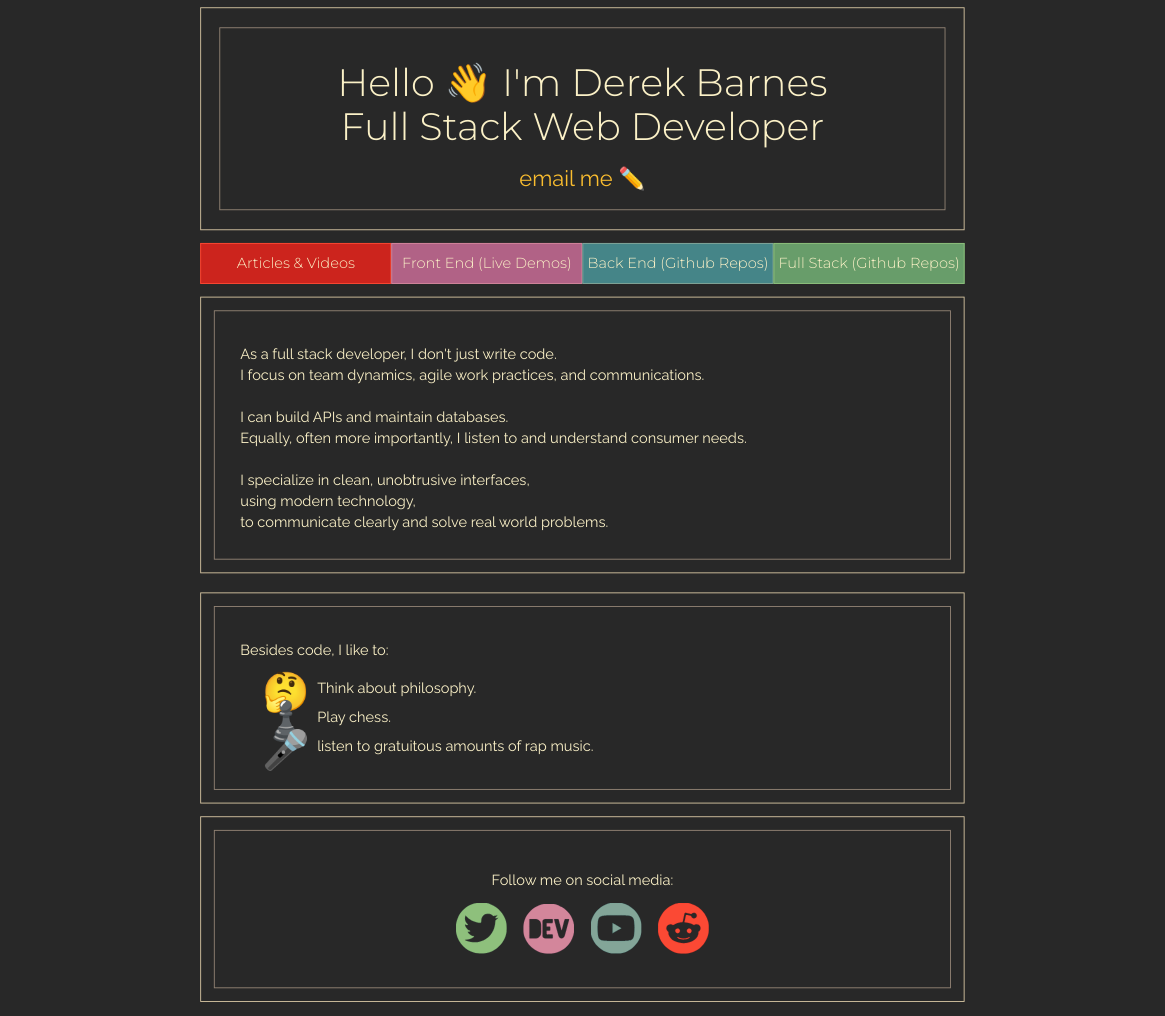
Repository: dsbarnes/groovy-blog
Page: index.html
An editor plug-in stored every save of this project. The page is shown before and after the next save, followed by the edit.
The browser window is 1280 px wide. The pictures show the whole page, at 91% of full size.
The style sheet was rebuilt from its Sass, Less or Tailwind sources for each picture, by a compiler version that may differ from the author's.

Above is the page before, as saved 2020-05-09 20:41:58.
Console error: TypeError: Cannot read properties of null (reading 'addEventListener')

### index.html
<!DOCTYPE html>
<html lang="en">

<head>
    <meta charset="UTF-8">
    <meta name="viewport" content="width=device-width, initial-scale=1.0">
    <link href="https://fonts.googleapis.com/css2?family=Montserrat:wght@300&display=swap" rel="stylesheet">
    <link href="https://fonts.googleapis.com/css2?family=Raleway&display=swap" rel="stylesheet">

    <title>D.S. Barnes</title>

    <link rel="stylesheet" href="./CSS/style.css">
</head>

<body>
    <div class="container">

        <div id='nameCard'>
            <div id="doubleBorder">
                <p>Hello 👋 I'm Derek Barnes</p>
                <p>Full Stack Web Developer</p>
                <br />
                <small><a href='mailto:derekb0147@gmail.com'>email me ✏️</a></small>
                <br />
            </div>
        </div>

        <div id='selections'>
            <p class='nav' data-color='red' id='articles'>Articles & Videos</p>
            <p class='nav' data-color='purple' id='frontend'>Front End (Live Demos)</p>
            <p class='nav' data-color='blue' id='backend'>Back End (Github Repos)</p>
            <p class='nav' data-color='aqua' id='fullstack'>Full Stack (Github Repos)</p>
        </div>

        <!-- <button id="toggle-button">Toggle collapse</button> -->

        <!-- Section one -->
        <div class="content">
            <div class='double-border'>
                <div id='about-section-text'>
                    <p>As a full stack developer, I don't just write code.</p>
                    <p>I focus on team dynamics, agile work practices, and communications.</p>
                    <br />
                    <p>I can build APIs and maintain databases.</p>
                    <p>Equally, often more importantly, I listen to and understand consumer needs.</p>
                    <br />
                    <p>I specialize in clean, unobtrusive interfaces,</p>
                    <p>using modern technology,</p>
                    <p>to communicate clearly and solve real world problems.</p>
                </div>

                <div id='articles-section-text'></div>
                <div id='frontend-section-text'></div>
                <div id='backend-section-text'></div>
                <div id='fullstack-section-text'></div>

            </div>
        </div>


        <!-- Section two -->
        <div class="hobbies collapsible">
            <div class='double-border collapsible'>

                <p>Besides code, I like to:</p>
                <br />

                <p class='xpad'>
                    <span class='bigEmoji'>🤔</span>
                    <span class='emojiText'>Think about philosophy.</span>
                </p>

                <p class='xpad'>
                    <span class='bigEmoji'>♟️</span>
                    <span class='emojiText'>Play chess.</span>
                </p>

                <p class='xpad'>
                    <span class='bigEmoji'>🎤</span>
                    <span class='emojiText'>listen to gratuitous amounts of rap music.</span>
                </p>


            </div>
        </div>


        <!-- Section three -->
        <div class="social-media">
            <div class="double-border">

                <p>Follow me on social media:</p>

                <div id='media-icons'>
                    <img src='../SVG/twitterLogo.svg'><a href='#' id='twitter'></a></img>
                    <img src='../SVG/devLogo.svg'><a href='#' id="devto"></a></img>
                    <img src='../SVG/youtubeLogo.svg'><a href='#' id='youtube'></a></img>
                    <img src='../SVG/redditLogo.svg'><a href='#' id='reddit'></a></img>
                </div>

            </div>
        </div>

    </div><!-- container -->

    <script type=module src="index.js"></script>
</body>

</html>

### index.js
import articles from './components/articles.js'
import repos from './components/repos.js'

import articlesData from './siteData/articles.js'
import backendData from './siteData/backEnd.js'
import frontendData from './siteData/frontEnd.js'
import fullstackData from './siteData/fullStack.js'

document.querySelector('#toggle-button')
    .addEventListener('click',
        function () {
            // Remove the about me section:
            const aboutText = document.getElementById('about-section-text')
            aboutText.style.display = 'none'

            // Add overflow: scroll
            document.querySelector('.section-one')
                .classList.toggle('collapsed')

            // Shrinks and fades out the middle box
            document.querySelector('.section-two.collapsible')
                .classList.toggle('collapsed')

            document.querySelector('.section-three')
                .classList.toggle('collapsed')

            // repopulate what was the about section
            // it is now the section the user clicked
            repos(backendData)




            // document.querySelector('.double-border.collapsible')
            //     .classList.toggle('collapsed')
        });

### components/articles.js
function modules(arr) {
    console.log('modules works')
}

export default modules

### components/repos.js
function repos(arr) {

    const root = document.getElementById('articles-section-text')

    for (const element of arr) {

        const keys = Object.keys(element)

        const container = document.createElement('div')
        const title = document.createElement('h1')
        const repolink = document.createElement('p')
        const demolink = document.createElement('p')
        const description = document.createElement('p')

        title.innerHTML = element['Repo']
        container.appendChild(title)

        repolink.innerHTML = element['RepoLink']
        container.appendChild(repolink)

        demolink.innerHTML = element['DemoLink']
        container.appendChild(demolink)

        description.innerHTML = element['Description']
        container.appendChild(description)


        container.id = 'article'
        root.appendChild(container)

    }
}

export default repos

### siteData/articles.js
const articleData = [
    {
        "Title": "Article Project One",
        "Link": "blah.com",
        "Date": "date-posted",
        "Short": "fjdklsafjdlks;fajsdl;f"
    },
    {
        "Title": "Article Project Two",
        "Link": "blah.com",
        "Date": "date-posted",
        "Short": "fjdklsafjdlks;fajsdl;f"
    },
    {
        "Title": "Article Project Three",
        "Link": "blah.com",
        "Date": "date-posted",
        "Short": "fjdklsafjdlks;fajsdl;f"
    },
    {
        "Title": "Article Project Four",
        "Link": "blah.com",
        "Date": "date-posted",
        "Short": "fjdklsafjdlks;fajsdl;f"
    },
    {
        "Title": "Article Project Five",
        "Link": "blah.com",
        "Date": "date-posted",
        "Short": "fjdklsafjdlks;fajsdl;f"
    }
]

export default articleData

### siteData/backEnd.js
const backendData = [
    {
        "Repo": "Back End Project One",
        "RepoLink": "blah.com",
        "Description": "README.md"
    },
    {
        "Repo": "Back End Project Two",
        "RepoLink": "blah.com",
        "Description": "README.md"
    },
    {
        "Repo": "Back End Project Three",
        "RepoLink": "blah.com",
        "Description": "README.md"
    },
    {
        "Repo": "Back End Project Four",
        "RepoLink": "blah.com",
        "Description": "README.md"
    },
    {
        "Repo": "Back End Project Five",
        "RepoLink": "blah.com",
        "Description": "README.md"
    }
]

export default backendData

### siteData/frontEnd.js
const frontendData = [
    {
        "Repo": "Front End Project One",
        "RepoLink": "blah.com",
        "DemoLink": "demo link",
        "Description": "README.md"
    },
    {
        "Repo": "Front End Project Two",
        "RepoLink": "blah.com",
        "DemoLink": "demo link",
        "Description": "README.md"
    },
    {
        "Repo": "Front End Project Three",
        "RepoLink": "blah.com",
        "DemoLink": "demo link",
        "Description": "README.md"
    },
    {
        "Repo": "Front End Project Four",
        "RepoLink": "blah.com",
        "DemoLink": "demo link",
        "Description": "README.md"
    },
    {
        "Repo": "Front End Project Five",
        "RepoLink": "blah.com",
        "DemoLink": "demo link",
        "Description": "README.md"
    }
]

export default frontendData

### siteData/fullStack.js
const fullstackData = [
    {
        "Repo": "Full Stack Project One",
        "RepoLink": "blah.com",
        "Description": "README.md"
    },
    {
        "Repo": "Full Stack Project Two",
        "RepoLink": "blah.com",
        "Description": "README.md"
    },
    {
        "Repo": "Full Stack Project Three",
        "RepoLink": "blah.com",
        "Description": "README.md"
    },
    {
        "Repo": "Full Stack Project Four",
        "RepoLink": "blah.com",
        "Description": "README.md"
    },
    {
        "Repo": "Full Stack Project Five",
        "RepoLink": "blah.com",
        "Description": "README.md"
    }
]

export default fullstackData

### style.scss
// Main Container:
// Sizings - everything is a multiple of 14!!
$container-width: 840px;
$container-height: 1100px;
$outer-width: $container-width * .8;
$margin-pad-sizing: 14px;


// Gruvbox colors:
$background-color: #282828;
$background-alt-color: #3c3836;
$font-color: #fbf1c7;
$font-alt-color: #ebdbb2;
$outer-border: #d5c4a1;
$inner-border: #928374;
$red-color: #cc241d;
$light-red-color: #fb4934;
$green-color: #98971a;
$light-green-color: #b8bb26;
$yellow-color: #d79921;
$light-yellow-color: #fabd2f;
$blue-color: #458588;
$light-blue-color: #83a598;
$purple-color: #b16286;
$light-purple-color: #d3869b;
$aqua-color: #689d6a;
$light-aqua-color: #8ec07c;


// Font:
$title-font: 'Montserrat', sans-serif;
$body-font: 'Raleway', sans-serif;
$title-font-size: 42px;
$body-font-size: 16px;


//Mixins:
@mixin bg-border($bg-color, $border-color){
  background-color: $bg-color;
  border: 1px solid $border-color;
}
@mixin font-fam-size($fam, $size){
  font-family: $fam;
  font-size: $size;
}
@mixin sectionButton($bg-color, $border-color){
  @include bg-border($bg-color, $border-color);
  @include font-fam-size($title-font, $body-font-size);
  display: inline-block;
  margin: 0 auto;
  //That just looks best as 12, idk.
  padding: 12px 0px;
  text-align: center;
  width: (($container-width / 4));
}

// Keyframes:
@keyframes fade-in{
  from{color: white;}
  to{ color: black;}
}
#article{ animation: fade-in 3s forwards;}


// Overall styling:
* { box-sizing:border-box; }
body{ background-color: $background-color; color: $font-color }

//Everything visible is inside this container:
.container {
  display:flex;
  flex-direction:column;
  justify-content:flex-start;
  width: $container-width;
  margin: 0 auto;
  // we're required to set height explicitly
  height: $container-height;
}


// Name Card
#nameCard{
  border: 1px solid $outer-border;
  padding: $margin-pad-sizing/2;
  text-align: center;
  line-height: $margin-pad-sizing/2;

  small{ @include font-fam-size($body-font, $body-font-size*1.5); }
  a{ text-decoration: none; color: $light-yellow-color }

  #doubleBorder{
      @include bg-border($background-color, $inner-border);
      p{ @include font-fam-size($title-font, $title-font-size);}
      margin: $margin-pad-sizing auto;
      padding: $margin-pad-sizing;
      padding-bottom: $margin-pad-sizing*2;

      // 14px b/c of margin.
      // Why *3? Good question.
      width: ($container-width - 14px*3);
  }
}


// Nav 'buttons'
#selections{
  display: flex;
  justify-content: space-between;
  margin-top: $margin-pad-sizing;
}
#articles{ @include sectionButton($red-color, $light-red-color) }
#frontend{ @include sectionButton($purple-color, $light-purple-color) }
#backend{ @include sectionButton($blue-color, $light-blue-color) }
#fullstack{ @include sectionButton($aqua-color, $light-aqua-color) }

// General double border settings, different from
// name card b/c ...damnit
.double-border{
  border: 1px solid $inner-border;
  // Variables not working in calc()
  // will investigate.
  height: calc(100% - 28px); // $margin-pad-size*2
  width: calc(100% - 28px);  // $margin-pad-size*2
  margin: $margin-pad-sizing auto 0 auto;
  padding: $margin-pad-sizing*2;
}
.double-border.collapsed { border: 0px solid white; }


// This is the section that expands:
.content{
  @include bg-border($background-color, $outer-border);
  @include font-fam-size($body-font, $body-font-size);
  line-height: $margin-pad-sizing/2;
  margin: $margin-pad-sizing 0;
  flex: 3;
  // overflow: hidden;
}
.content.collapsed{
  // overflow: hidden;
  .double-border{ overflow: scroll; }
}
// This section dissapears:
.hobbies {
  // note that we're transitioning flex, not height!
  @include bg-border($background-color, $outer-border);
  @include font-fam-size($body-font, $body-font-size);
  line-height: $margin-pad-sizing/2;
  margin: $margin-pad-sizing/2 0;
  flex: 2;
  .bigEmoji{ font-size: $title-font-size; }
  .xpad{ padding-left: 24px; }
  .emojiText{
      bottom: 14px;
      padding-left: 4px;
      position: relative;
  }
  // overflow:hidden;
  transition:all 0.4s ease;
  transition-property: flex, border, margin, padding, color;
}
.hobbies.collapsed {
  border: 0px solid $background-color;
  color: $background-color;
  flex: 0;
  // Big numbers to squeze box inward
  // for transition
  margin: 0 200px;
  padding: 0 400px;
}
// This section never changes
.social-media{
  @include bg-border($background-color, $outer-border);
  @include font-fam-size($body-font, $body-font-size);
  text-align: center;
  margin: $margin-pad-sizing/2 0;
  flex: 2;
  transition: all 0.6s ease;
}
.section-three.collapsed{ flex: 1; }


// Social Media Icons:
#media-icons{
  width: $container-width / 2;
  margin: 0 auto;
  text-align: center;
  line-height: $margin-pad-sizing;
  img{ width: $margin-pad-sizing*4; margin: 0 $margin-pad-sizing/2; }
}

After the next save:
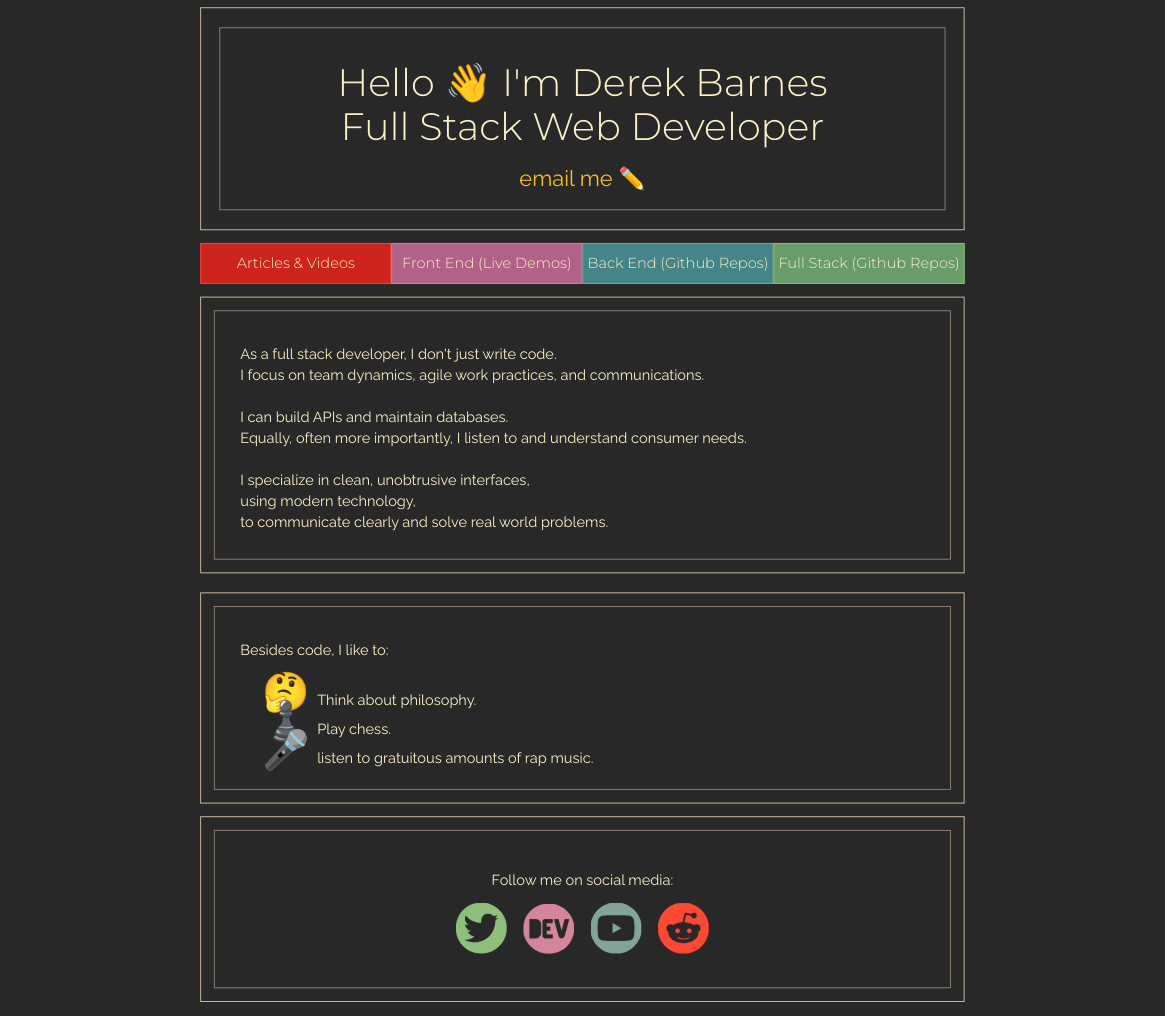
Saved 9 s later.
--- a/style.scss
+++ b/style.scss
@@ -151,7 +151,6 @@
   .bigEmoji{ font-size: $title-font-size; }
   .xpad{ padding-left: 24px; }
   .emojiText{
-      bottom: 14px;
       padding-left: 4px;
       position: relative;
   }

After the save that followed:
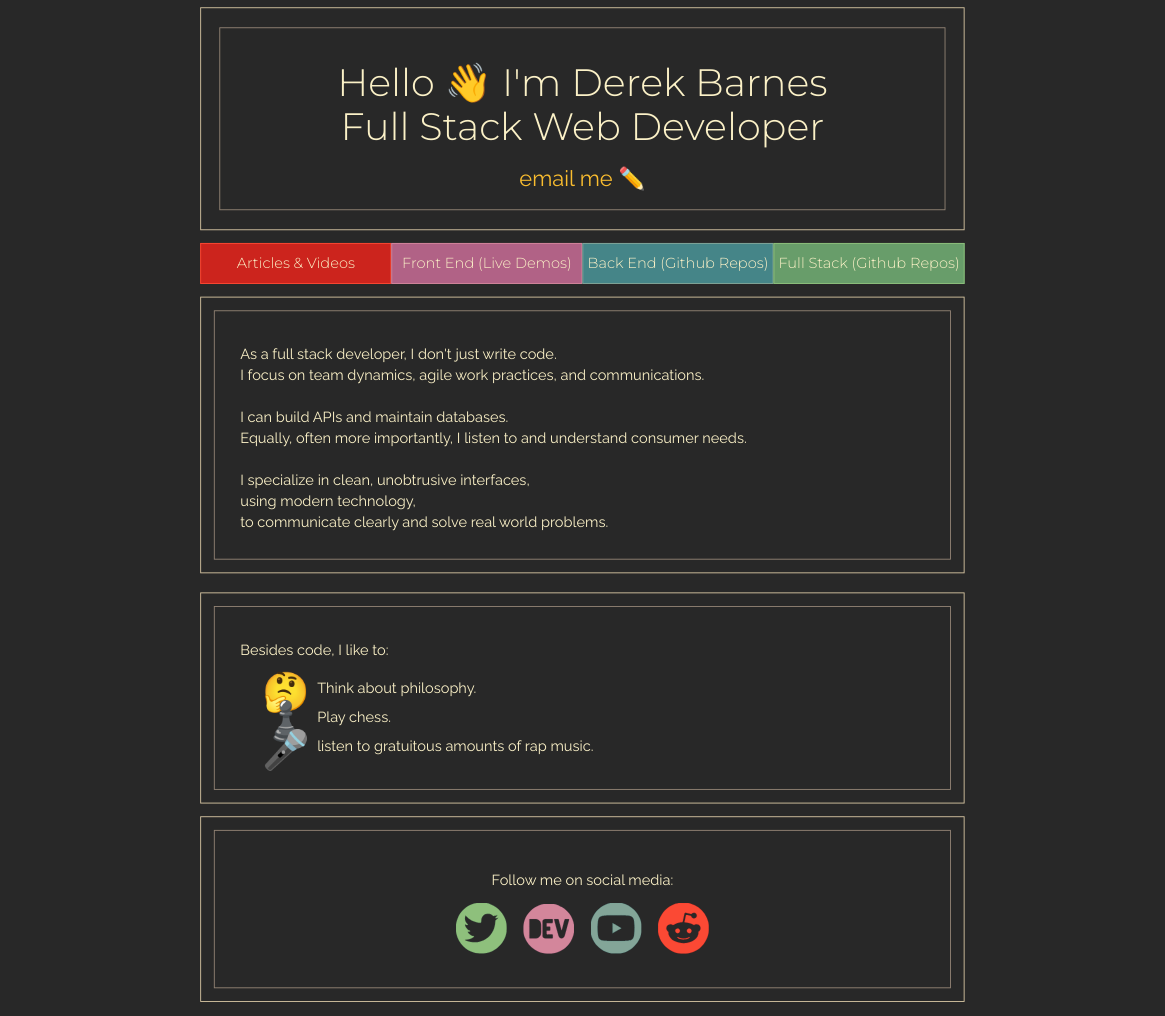
Saved 9 s later.
--- a/style.scss
+++ b/style.scss
@@ -151,6 +151,7 @@
   .bigEmoji{ font-size: $title-font-size; }
   .xpad{ padding-left: 24px; }
   .emojiText{
+      bottom: $margin-pad-sizing;
       padding-left: 4px;
       position: relative;
   }
